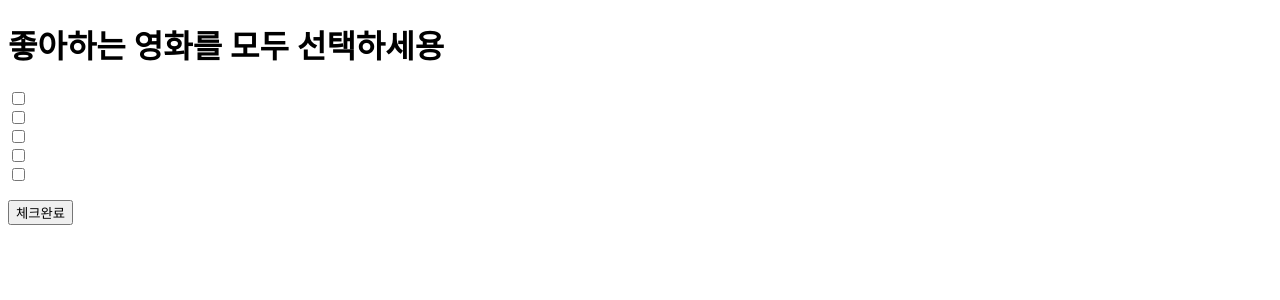
Repository: SongHyeSun/JSP
Page: jspSrc17/och02/src/main/webapp/movie.html
These files come from the project's save history. The page is drawn as it stood at one moment and after the next save; the edit follows.
The browser window is 1280 px wide. The pictures show the whole page.

Above is the page before, as saved 2024-07-09 06:35:19.

After the next save:
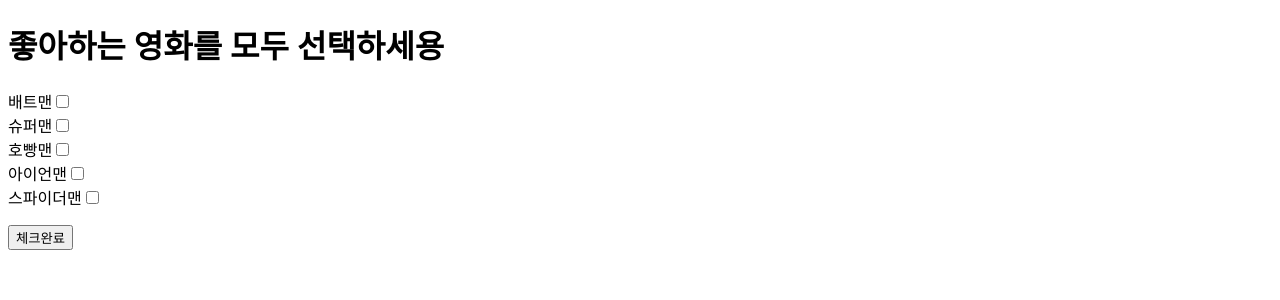
Saved 25 s later.
--- a/jspSrc17/och02/src/main/webapp/movie.html
+++ b/jspSrc17/och02/src/main/webapp/movie.html
@@ -7,11 +7,11 @@
 <body>
 	<h1>좋아하는 영화를 모두 선택하세용</h1>
 	<form action="Movie">
-		<input type="checkbox" name="movie" value="베트맨"><br>
-		<input type="checkbox" name="movie" value="슈퍼맨"><br>
-		<input type="checkbox" name="movie" value="호빵맨"><br>
-		<input type="checkbox" name="movie" value="아이언맨"><br>
-		<input type="checkbox" name="movie" value="스파이더맨"><p>
+		배트맨<input type="checkbox" name="movie" value="배트맨"><br>
+		슈퍼맨<input type="checkbox" name="movie" value="슈퍼맨"><br>
+		호빵맨<input type="checkbox" name="movie" value="호빵맨"><br>
+		아이언맨<input type="checkbox" name="movie" value="아이언맨"><br>
+		스파이더맨<input type="checkbox" name="movie" value="스파이더맨"><p>
 		<input type="submit" value="체크완료">
 	</form>
 </body>
